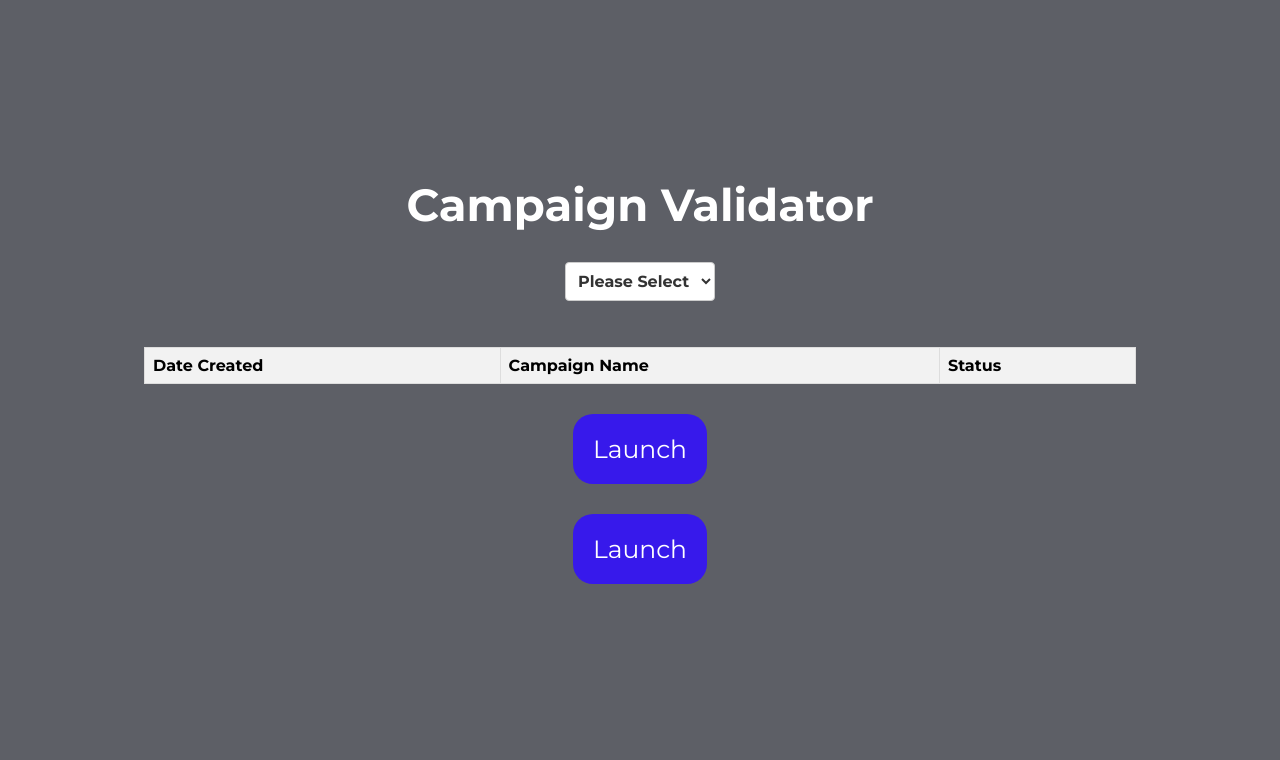
Repository: AbApin/project
Page: / (app in frontend/)
The author's editor kept a copy of each file at every save. The page is drawn from the files as they stood at one save, then again after a run of saves.
The browser window is 1280 px wide. The pictures show the whole page.
The page's requests for data from a server got no answer. The project was rebuilt for these pictures with package versions that can differ from the ones it lists, and the page was loaded fresh each time. No one was signed in, and anything a server would have sent is missing. Also part of the build but not shown: frontend/vue.config.js.

Above is the page before, as saved 2023-02-22 11:55:04.

### frontend/public/index.html
<!DOCTYPE html>
<html lang="">
  <head>
    <meta charset="utf-8" />
    <meta http-equiv="X-UA-Compatible" content="IE=edge" />
    <meta name="viewport" content="width=device-width,initial-scale=1.0" />
    <link rel="icon" href="<%= BASE_URL %>favicon.ico" />
    <title><%= htmlWebpackPlugin.options.title %></title>
    <link
      href="https://fonts.googleapis.com/css?family=Montserrat:100,200,300,regular,500,600,700,800,900,100italic,200italic,300italic,italic,500italic,600italic,700italic,800italic,900italic"
      rel="stylesheet"
    />
  </head>
  <body>
    <noscript>
      <strong
        >We're sorry but <%= htmlWebpackPlugin.options.title %> doesn't work properly without
        JavaScript enabled. Please enable it to continue.</strong
      >
    </noscript>
    <div id="app"></div>
    <!-- built files will be auto injected -->
  </body>
</html>

### frontend/src/App.vue
<template>
  <div id="app">
    <h1 class="appTitle">Campaign Validator</h1>
    <CampaignList @selected-campaign="handleCampaignSelected" />
    <table>
      <thead>
        <tr>
          <th>Date Created</th>
          <th>Campaign Name</th>
          <th>Status</th>
        </tr>
      </thead>
      <tbody>
        <tr v-for="test in tests" :key="test.id">
          <td>{{ test.date }}</td>
          <td>{{ test.campaign }}</td>
          <td :class="test.status ? 'status-passed' : 'status-failed'">
            {{ test.status ? 'Passed' : 'Failed' }}
          </td>
        </tr>
      </tbody>
    </table>
    <button class="launchBtn" @click="createTest">launch</button>
    <button class="launchBtn" @click="createTest">launch</button>
  </div>
</template>

<script>
import axios from 'axios';
import CampaignList from './components/CampaignList.vue';

export default {
  components: { CampaignList },
  name: 'App',
  data() {
    return {
      selectedCampaign: '',
      tests: [],
    };
  },
  async mounted() {
    await axios
      .get('/api/tests')
      .then((response) => {
        this.tests = response.data;
      })
      .catch((error) => {
        console.log(error);
      });
  },
  methods: {
    async createTest() {
      await axios
        .post(`/api/tests/${this.selectedCampaign.name}`)
        .then((response) => {
          this.tests = response.data;
        })
        .catch((error) => {
          console.log(error);
        });
    },
    handleCampaignSelected(campaign) {
      this.selectedCampaign = campaign
    },
  },
};
</script>

<style>
* {
  margin: 0;
  padding: 0;
  box-sizing: 0;
  font-family: 'Montserrat', sans-serif;
}
#app {
  background: #5d5f66;
  display: flex;
  align-items: center;
  justify-content: center;
  flex-direction: column;
  gap: 30px;
  padding: 20px;
  height: 100vh;
}
.appTitle {
  font-size: 45px;
  color: #fff;
}
.launchBtn {
  font-size: 25px;
  text-transform: capitalize;
  padding: 20px;
  border-radius: 20px;
  border: 0;
  background: rgba(55, 25, 235, 1);
  color: #fff;
  cursor: pointer;
  transition: all 0.3s ease-in;
}
.launchBtn:hover {
  box-shadow: 0 0 10px rgba(55, 25, 235, 1);
}
select.campaignsList {
  font-size: 16px;
  font-weight: bold;
  color: #333;
  padding: 8px;
  margin-bottom: 16px;
  border: 1px solid #ccc;
  border-radius: 4px;
  background-color: #fff;
  cursor: pointer;
  transition: all 0.3s;
}

select.campaignsList:hover {
  border-color: #999;
}

select.campaignsList:focus {
  outline: none;
  border-color: #4d90fe;
  box-shadow: 0 0 0 2px rgba(77, 144, 254, 0.2);
}

.campaignOption {
  font-size: 14px;
  font-weight: normal;
}

.campaignOption:hover {
  background-color: #f2f2f2;
}

/* table */
table {
  border-collapse: collapse;
  width: 80%;
}
thead th {
  background-color: #f2f2f2;
  border: 1px solid #ddd;
  padding: 8px;
  text-align: left;
}
tbody td {
  border: 1px solid #ddd;
  padding: 8px;
}
tbody tr {
  background-color: #ddd;
}
tbody tr:hover {
  background-color: #fff;
}
.status-passed {
  color: green;
}
.status-failed {
  color: red;
}
</style>

### frontend/src/components/CampaignList.vue
<template>
  <select class="campaignsList" v-model="selectedCampaign" @input="emitSelectedCampaign">
    <option class="campaignOption" disabled value="">Please Select</option>
    <option
      class="campaignOption"
      :value="campaign"
      v-for="campaign in campaigns"
      :key="campaign.id"
    >
      {{ campaign.name }}
    </option>
  </select>
</template>

<script>
import axios from 'axios';

export default {
  name: 'CampaignList',
  data() {
    return {
      selectedCampaign: '',
      campaigns: [],
    };
  },
  async mounted() {
    await axios
      .get('/api/campaigns')
      .then((response) => {
        this.campaigns = response.data.campaigns;
      })
      .catch((error) => {
        console.log(error);
      });
  },
  methods: {
    emitSelectedCampaign() {
      this.$emit('selected-campaign', this.selectedCampaign);
    },
  },
  emits: ['selected-campaign'],
};
</script>

<style></style>

Loaded but not shown: frontend/src/main.js (common file)

After the next 2 saves:
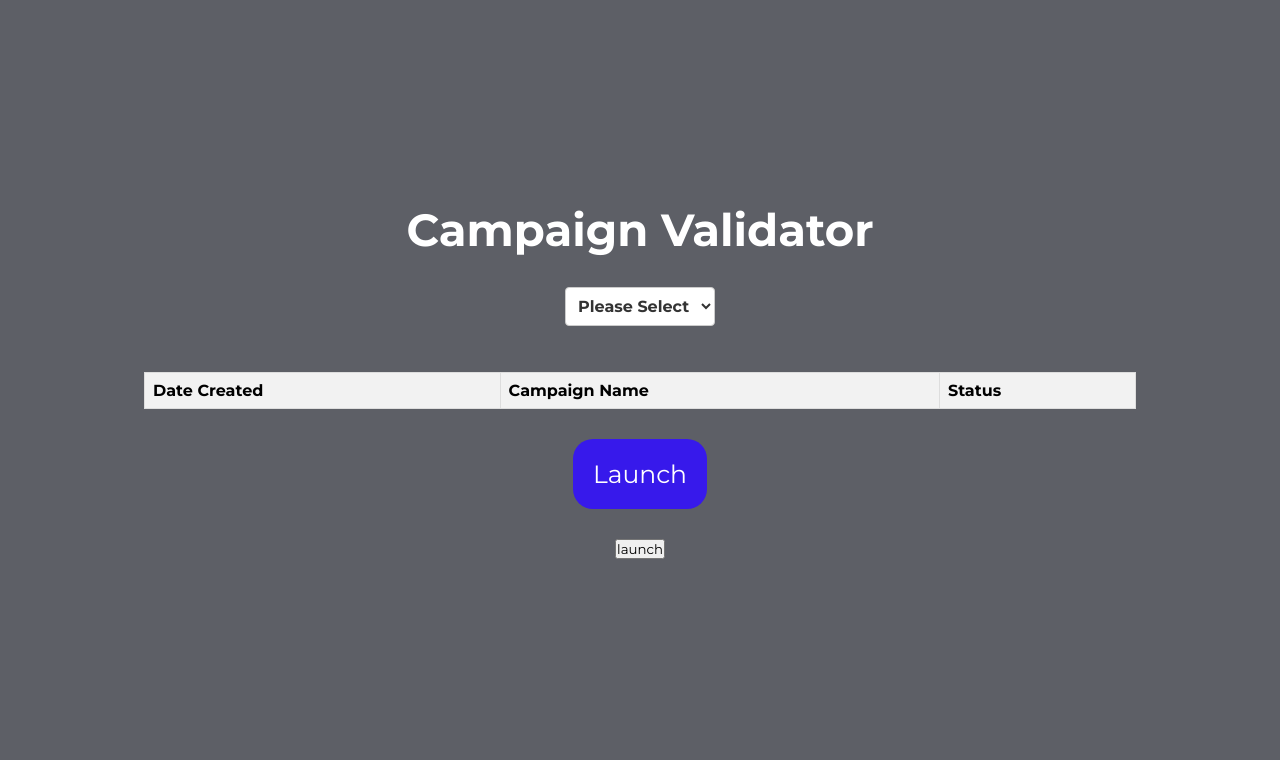
The 2 saves are shown as one change because they came seconds apart.
The last was saved 7 s later.
--- a/frontend/src/App.vue
+++ b/frontend/src/App.vue
@@ -21,7 +21,7 @@
       </tbody>
     </table>
     <button class="launchBtn" @click="createTest">launch</button>
-    <button class="launchBtn" @click="createTest">launch</button>
+    <button class="deleteBtn" @click="createTest">launch</button>
   </div>
 </template>
 

After the save that followed:
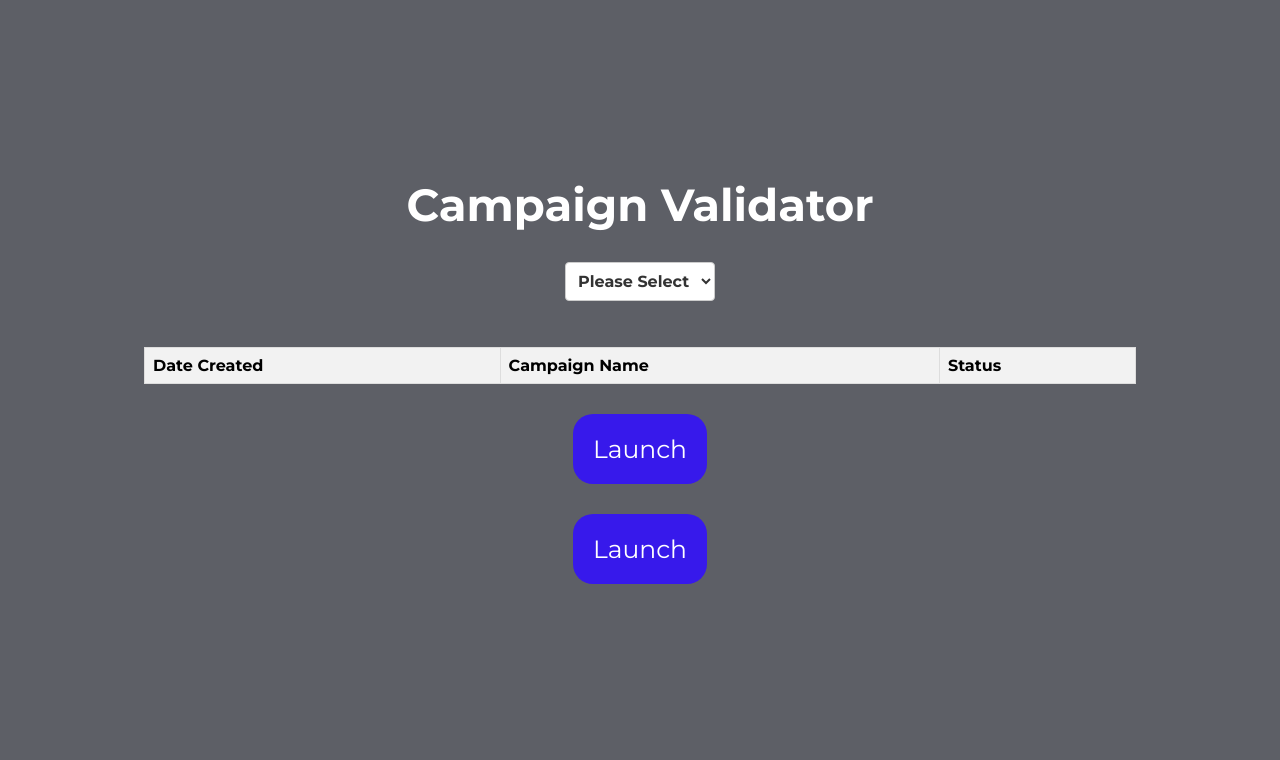
Saved 22 s later.
--- a/frontend/src/App.vue
+++ b/frontend/src/App.vue
@@ -60,7 +60,7 @@ export default {
         });
     },
     handleCampaignSelected(campaign) {
-      this.selectedCampaign = campaign
+      this.selectedCampaign = campaign;
     },
   },
 };
@@ -87,7 +87,8 @@ export default {
   font-size: 45px;
   color: #fff;
 }
-.launchBtn {
+.launchBtn,
+.deleteBtn {
   font-size: 25px;
   text-transform: capitalize;
   padding: 20px;
